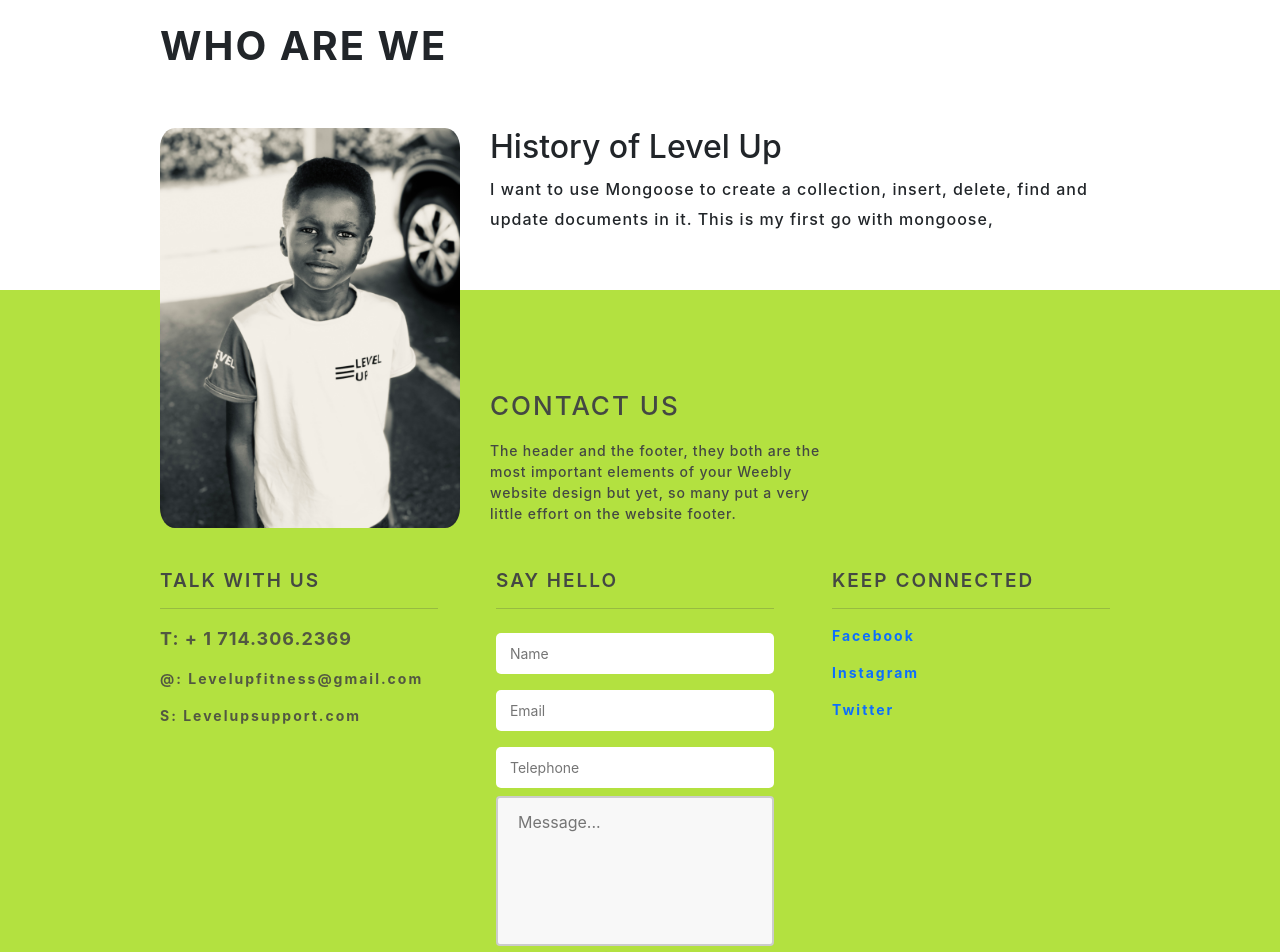
Repository: Bojurie/Level-up
Page: /about (app in client/)
The author's editor kept a copy of each file at every save. The page is drawn from the files as they stood at one save, then again after the next save.
The browser window is 1280 px wide. The pictures show the part of the page from y = 352 to 1304 px (the page is 1441 px tall before and 1806 px after).
Some web fonts or font styles are not loaded; a fallback is used. Some web libraries are served in a nearby version. The project was rebuilt for these pictures with package versions that can differ from the ones it lists, and the page was loaded fresh each time. Also part of the build but not shown: client/src/components/Carousel.js, client/src/components/HomeVlog.css, client/src/components/HomeVlog.js, client/src/components/homeProducts.css, client/src/components/HomeProducts.js, client/src/components/Card.js, client/src/components/HomeShop.css, client/src/components/HomeShop.js and 10 more. Imported but missing from the stored project, and not drawn on this page: client/src/components/Chart.

Above is the page before, as saved 2022-11-30 06:50:39.

After the next save:
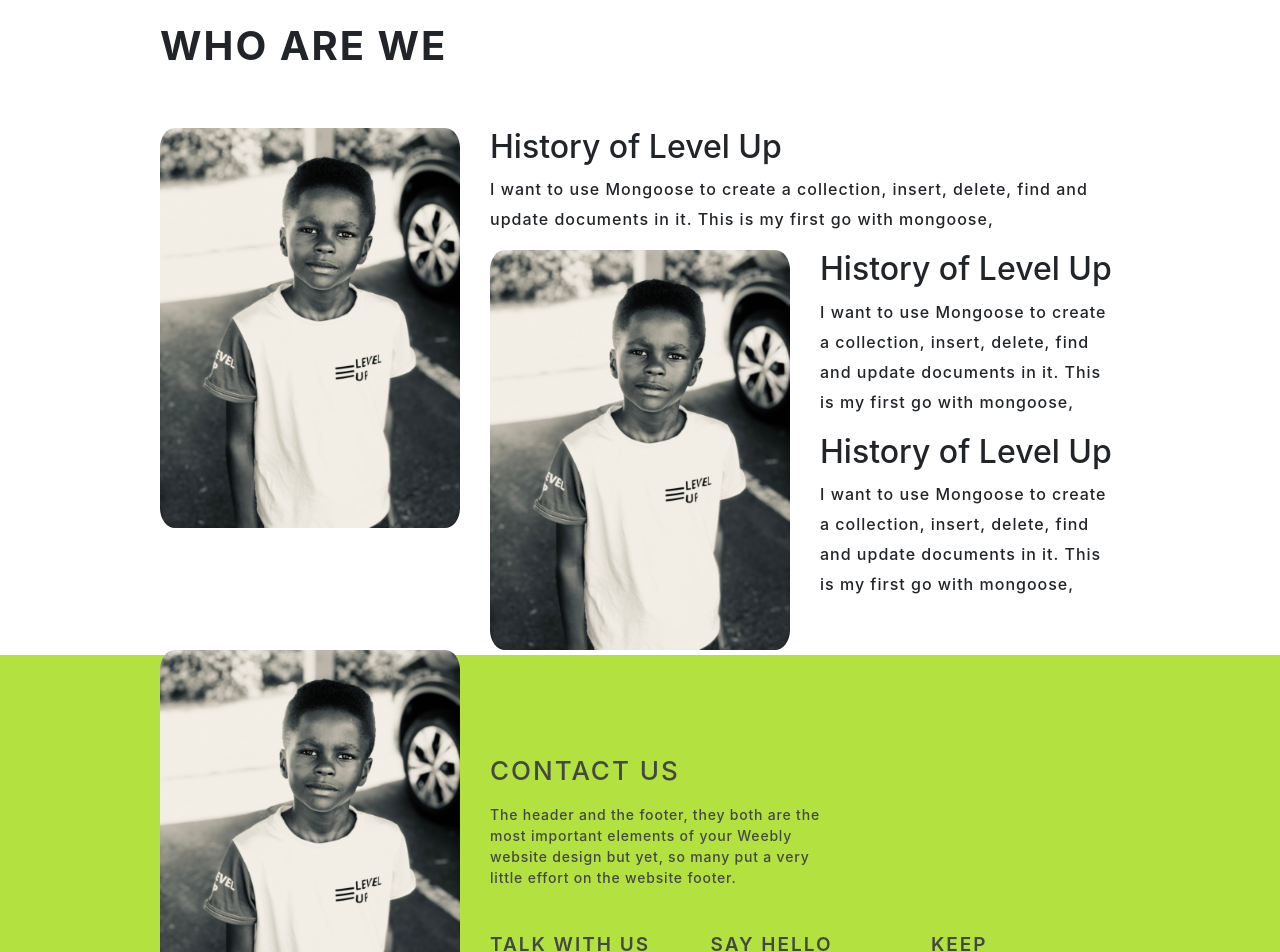
Saved 2 min 45 s later.
--- a/client/src/pages/About.js
+++ b/client/src/pages/About.js
@@ -26,11 +26,24 @@ const About = () => {
                         </div>
                     </div>
                     <div className='AboutGoal'>
-
+                        <div className='history-img'>
+                            <img src={imgse} alt='img'/>
+                        </div>
+                        <div className='history-content'>
+                          <h2>History of Level Up</h2>
+                          <p>I want to use Mongoose to create a collection, insert, delete, find and update documents in it. This is my first go with mongoose,</p>
+                        </div>
                     </div>
                     <div className='Aboutproduct'>
+                        <div className='history-img'>
+                            <img src={imgse} alt='img'/>
+                        </div>
+                        <div className='history-content'>
+                          <h2>History of Level Up</h2>
+                          <p>I want to use Mongoose to create a collection, insert, delete, find and update documents in it. This is my first go with mongoose,</p>
+                        </div>
+                    </div>
 
-                    </div>
                 </div>
 
 
